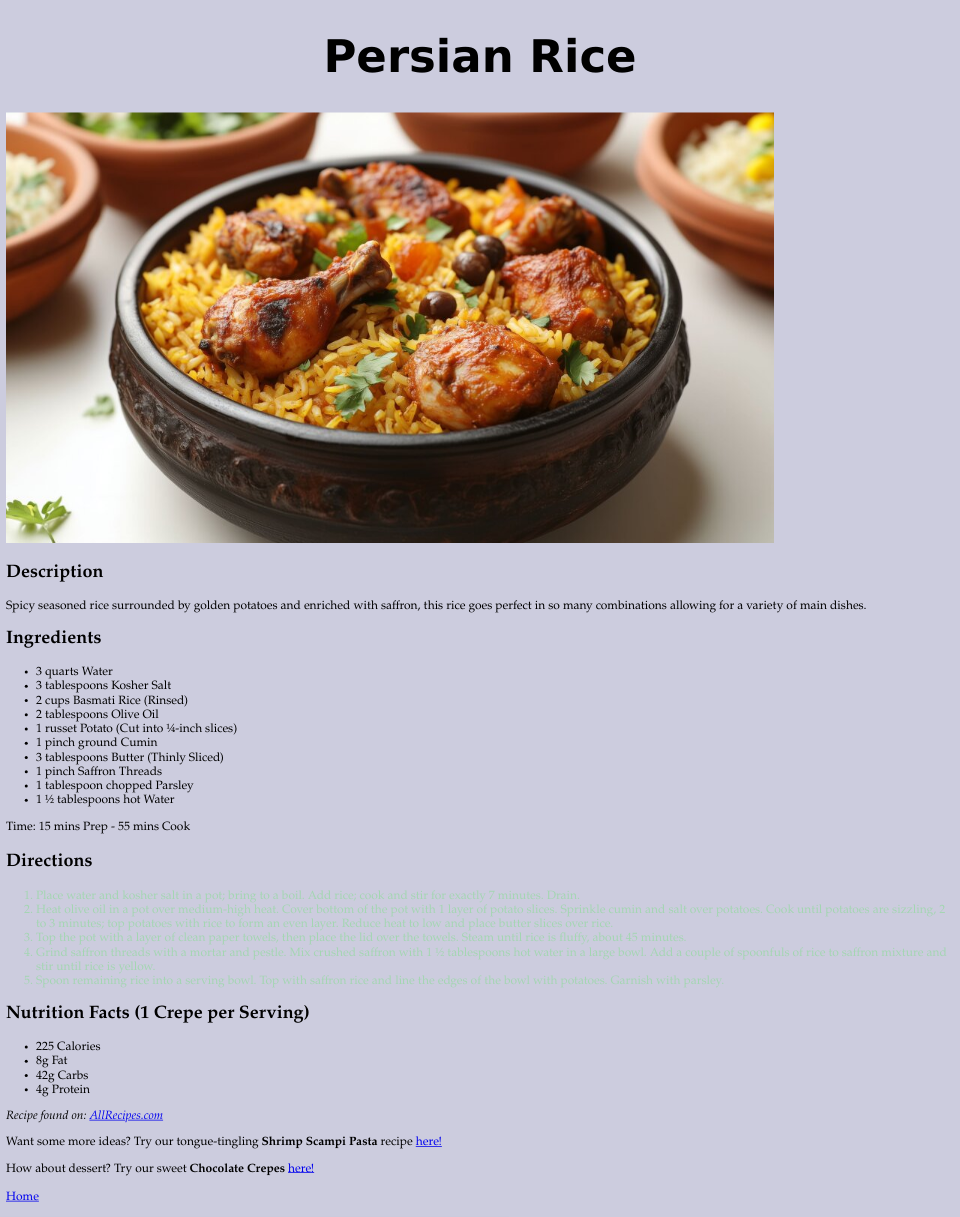
Repository: Mervens/odin-recipes
Page: recipes/persian-rice.html
The author's editor kept a copy of each file at every save. The page is drawn from the files as they stood at one save, then again after the next save.
The browser window is 1280 px wide. The pictures show the whole page, at 75% of full size.

Above is the page before, as saved 2025-06-22 12:27:44.

After the next save:
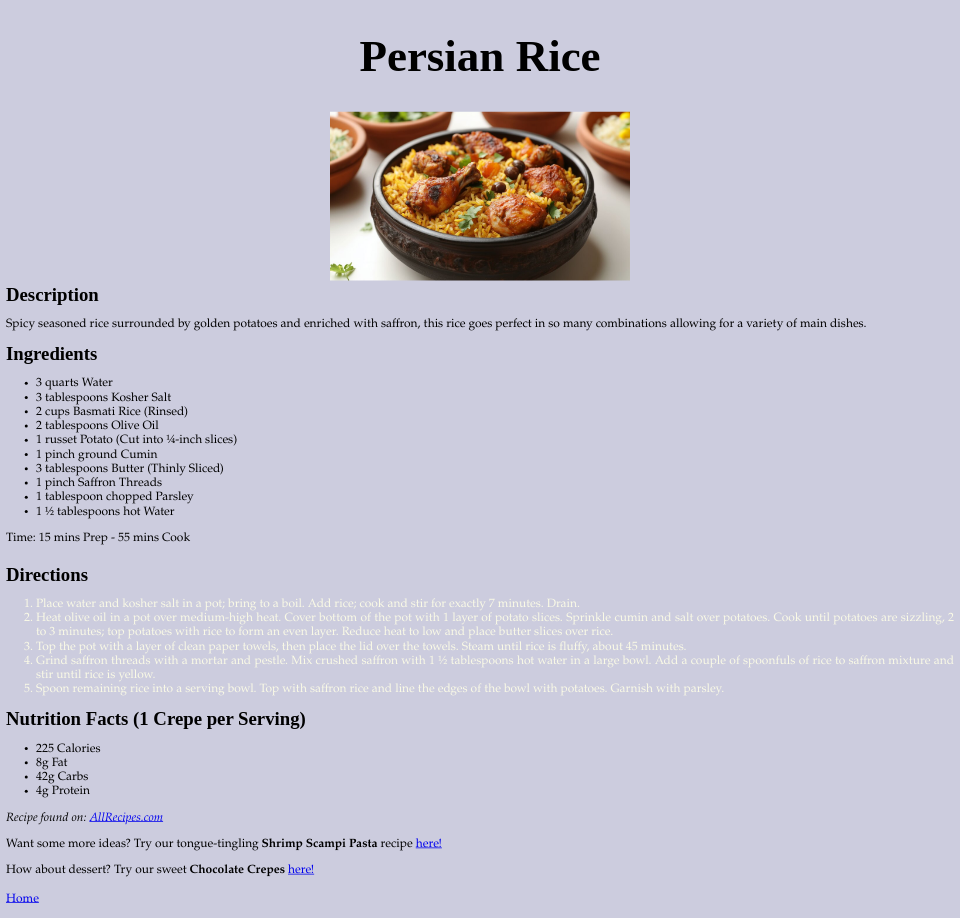
Saved 18 min 39 s later.
--- a/style.css
+++ b/style.css
@@ -3,11 +3,30 @@ body {
     font-family: Garamond, "Times New Roman", serif;
 }
 
+.header,
+.minor-header {
+    font-family: "Copperplate",
+    "Times New Roman", sans-serif;
+}
+
 .header {
-    font-family: "Copperplate", Verdana, sans-serif;
     font-size:60px;
     text-align:center;
+}
 
+.minor-header {
+    font-size:25px;
+    margin:0px 0px 0px;
+}
+
+.main-img {
+    box-sizing:border-box;
+    display:block;
+    height:auto;
+    width:400px;
+    margin: 5px auto 5px;
+    border-color:black;
+    border-width:20px;
 }
 
 #recipe-link{
@@ -24,10 +43,23 @@ body {
     border:10px;
 }
 
-.ingredients {
-
+.directions,
+.ingredients,
+.nutrition {
+    color:rgb(250,250,230);
+    text-align:justify;
 }
 
-.directions {
-    color:rgb(0,255,0,0.2)
+.description {
+    text-align:center;
+    padding:5px 5px 5px;
 }
+.ingredients {
+    font-style: italic;
+}
+
+.nutrition {
+    color:black;
+    font-size:12px;
+    margin:0px 0px 0px;
+}
